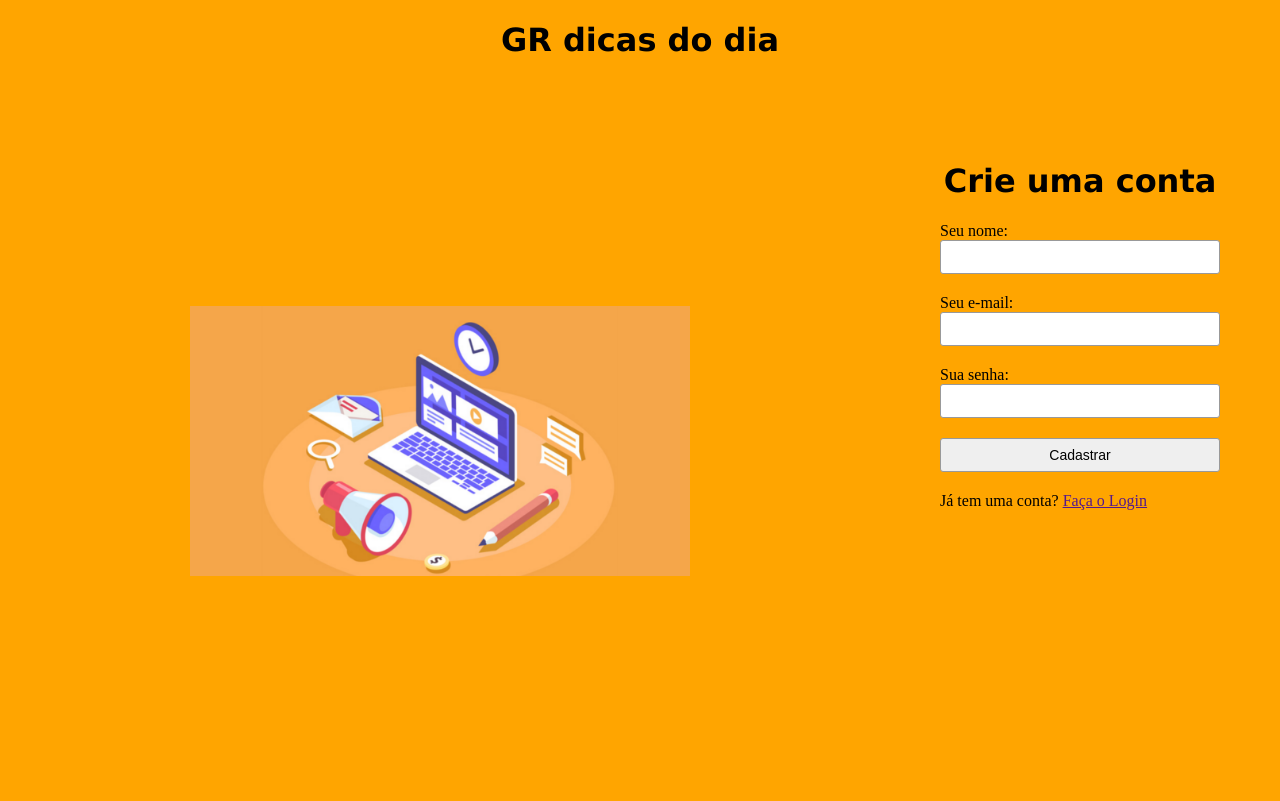
Repository: rafavirginio/tela-de-login
Page: index.html
These files come from the project's save history. The page is drawn as it stood at one moment and after the next save; the edit follows.
The browser window is 1280 px wide. The pictures show the whole page.

Above is the page before, as saved 2020-09-15 18:12:20.

After the next save:
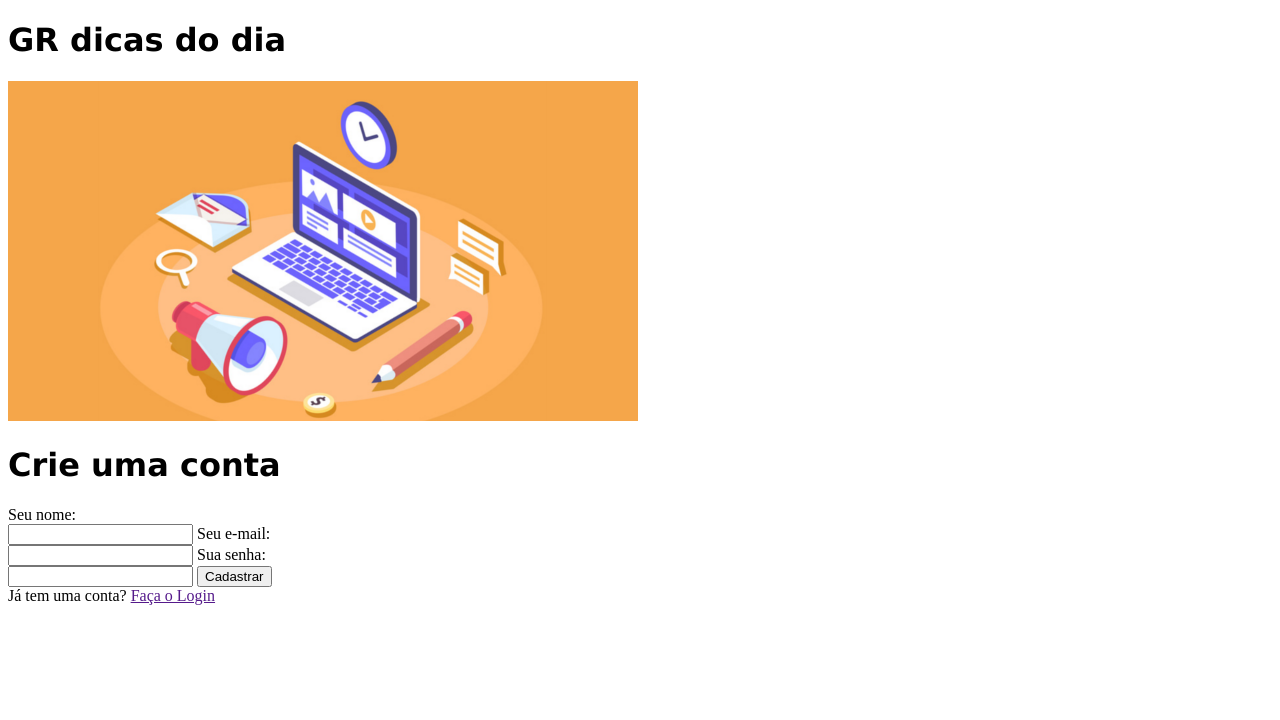
Saved 25 s later.
--- a/style.css
+++ b/style.css
@@ -1,62 +1,54 @@
-* {
+    * {
     box-sizing: border-box;
 }
 
 h1 {
     font-family: 'Lucida Sans', 'Lucida Sans Regular', 'Lucida Grande', 'Lucida Sans Unicode', Geneva, Verdana, sans-serif;
     display: flex;
-    justify-content: center;
+    /* justify-content: center;
     align-items: center;
-}
-
-body {
-    background-color: orange;
-    margin: 0;
-    /* flex-wrap: wrap; */
-}
-
-.screen {
-    display: flex;
-    height: 100vh;
-    flex-wrap: wrap;
-}
-
-.leftside {
-    flex: 1;
-    display: flex;
-    justify-content: center;
-    align-items: center;
-}
-
-.leftside img {
-    max-width: 500px;
-    height: auto;
-}
-
-.rightside {
-    width: 400px;
-    background-color: orange;
-    padding: 60px;
-}
-
-.rightside label {
-    display: block;
-    margin-bottom: 20px;
-}
-
-.rightside input {
-    width: 100%;
-    border: 1px solid #999;
-    border-radius: 3px;
-    padding: 8px;
-    font-size: 14px;
-    outline: 0;
-}
-
-.error {
-    font-size: 11px;
-    background-color: orangered;
-    color: #FFF;
-    padding: 4px;
-    border-radius: 5px;
-}
+} */
+    body {
+        background-color: orange;
+        margin: 0;
+        /* flex-wrap: wrap; */
+    }
+    .screen {
+        display: flex;
+        height: 100vh;
+        flex-wrap: wrap;
+    }
+    .leftside {
+        flex: 1;
+        display: flex;
+        justify-content: center;
+        align-items: center;
+    }
+    .leftside img {
+        max-width: 500px;
+        height: auto;
+    }
+    .rightside {
+        width: 400px;
+        background-color: orange;
+        padding: 60px;
+    }
+    .rightside label {
+        display: block;
+        margin-bottom: 20px;
+    }
+    .rightside input {
+        width: 100%;
+        border: 1px solid #999;
+        border-radius: 3px;
+        padding: 8px;
+        font-size: 14px;
+        outline: 0;
+    }
+    .error {
+        font-size: 11px;
+        background-color: orangered;
+        color: #FFF;
+        padding: 4px;
+        border-radius: 5px;
+    }

After the save that followed:
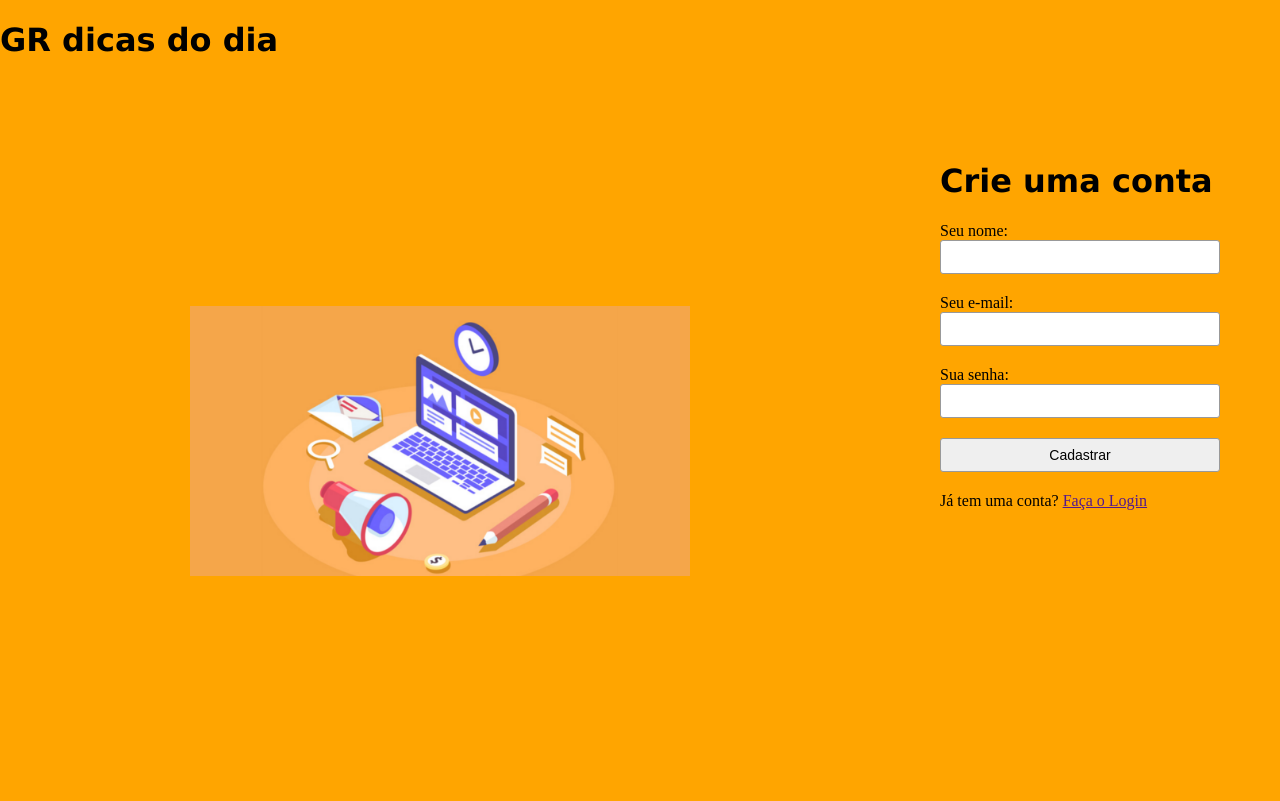
Saved 14 s later.
--- a/style.css
+++ b/style.css
@@ -1,4 +1,4 @@
-    * {
+* {
     box-sizing: border-box;
 }
 
@@ -6,49 +6,57 @@
     font-family: 'Lucida Sans', 'Lucida Sans Regular', 'Lucida Grande', 'Lucida Sans Unicode', Geneva, Verdana, sans-serif;
     display: flex;
     /* justify-content: center;
+    align-items: center; */
+}
+
+body {
+    background-color: orange;
+    margin: 0;
+    /* flex-wrap: wrap; */
+}
+
+.screen {
+    display: flex;
+    height: 100vh;
+    flex-wrap: wrap;
+}
+
+.leftside {
+    flex: 1;
+    display: flex;
+    justify-content: center;
     align-items: center;
-} */
-    body {
-        background-color: orange;
-        margin: 0;
-        /* flex-wrap: wrap; */
-    }
-    .screen {
-        display: flex;
-        height: 100vh;
-        flex-wrap: wrap;
-    }
-    .leftside {
-        flex: 1;
-        display: flex;
-        justify-content: center;
-        align-items: center;
-    }
-    .leftside img {
-        max-width: 500px;
-        height: auto;
-    }
-    .rightside {
-        width: 400px;
-        background-color: orange;
-        padding: 60px;
-    }
-    .rightside label {
-        display: block;
-        margin-bottom: 20px;
-    }
-    .rightside input {
-        width: 100%;
-        border: 1px solid #999;
-        border-radius: 3px;
-        padding: 8px;
-        font-size: 14px;
-        outline: 0;
-    }
-    .error {
-        font-size: 11px;
-        background-color: orangered;
-        color: #FFF;
-        padding: 4px;
-        border-radius: 5px;
-    }
+}
+
+.leftside img {
+    max-width: 500px;
+    height: auto;
+}
+
+.rightside {
+    width: 400px;
+    background-color: orange;
+    padding: 60px;
+}
+
+.rightside label {
+    display: block;
+    margin-bottom: 20px;
+}
+
+.rightside input {
+    width: 100%;
+    border: 1px solid #999;
+    border-radius: 3px;
+    padding: 8px;
+    font-size: 14px;
+    outline: 0;
+}
+
+.error {
+    font-size: 11px;
+    background-color: orangered;
+    color: #FFF;
+    padding: 4px;
+    border-radius: 5px;
+}
